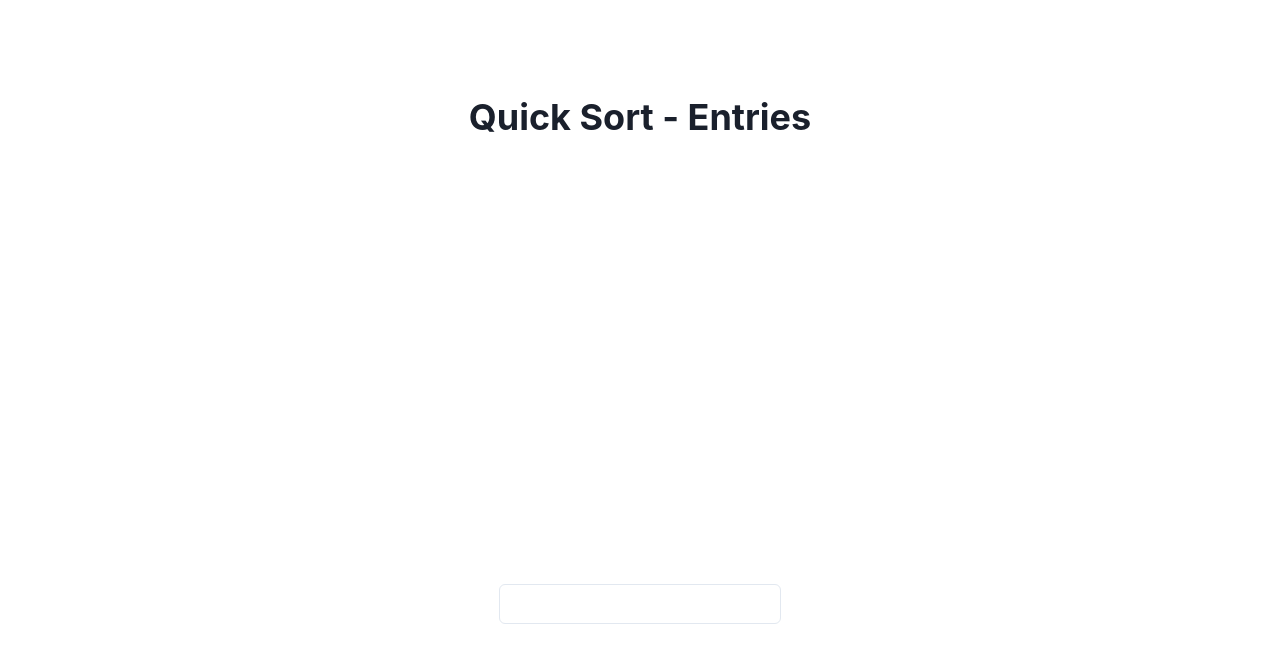
Repository: rohit-jindal18/stock-trailer
Page: /home
The author's editor kept a copy of each file at every save. The page is drawn from the files as they stood at one save, then again after the next save.
The browser window is 1280 px wide. The pictures show the whole page.
The project was rebuilt for these pictures with package versions that can differ from the ones it lists, and the page was loaded fresh each time. The framework's server and built-in components were replaced by stand-ins that run in the browser. Also part of the build but not shown: next.config.js.

Above is the page before, as saved 2023-03-14 14:58:03.

### src/pages/_app.tsx
import '@stock-trailer/styles/globals.css'
import { ChakraProvider } from '@chakra-ui/react'
import type { AppProps } from 'next/app'

export default function App({ Component, pageProps }: AppProps) {
  return (
    <ChakraProvider>
      <Component {...pageProps} />
    </ChakraProvider>
  )
}

### src/pages/home.tsx
import { Box, Heading, Input } from '@chakra-ui/react'
import styles from '@stock-trailer/styles/Home.module.css'
import { IInstrumentInfo } from '@stock-trailer/types'
import { Inter } from 'next/font/google'
import Head from 'next/head'
import { useState } from 'react'

const inter = Inter({ subsets: ['latin'] })

export default function Authorize() {
  const [instruments, setInstruments] = useState<IInstrumentInfo[]>([{
    id: '',
    qty: 0
  }]);
  return (
    <>
      <Head>
        <title>Stock - Trailer</title>
        <meta name="description" content="Generated by create next app" />
        <meta name="viewport" content="width=device-width, initial-scale=1" />
        <link rel="icon" href="/favicon.ico" />
      </Head>
      <main className={styles.main}>
        <div className={styles.description}>
          <Heading>Quick Sort - Entries</Heading>
        </div>
        <Box>
          {
            instruments.map((instrument, index) => {
              return (
                <Box display={'flex'} >
                  <Input value={instrument.id} onChange={(event) => {
                    const newInstruments = [
                      ...instruments
                    ]
                    newInstruments[index].id = event.target.value
                    setInstruments(newInstruments);
                  }} />
                </Box>
              );
            })
          }
        </Box>
      </main>
    </>
  )
}

### src/styles/Home.module.css
.main {
  display: flex;
  flex-direction: column;
  justify-content: space-between;
  align-items: center;
  padding: 6rem;
  min-height: 100vh;
}

.description {
  display: flex;
  justify-content: center;
  align-items: center;
  height: 100%;
  font-size: 0.85rem;
  max-width: var(--max-width);
  width: 100%;
  z-index: 2;
  font-family: var(--font-mono);
}

.description a {
  display: flex;
  justify-content: center;
  align-items: center;
  gap: 0.5rem;
}

.description p {
  position: relative;
  margin: 0;
  padding: 1rem;
  background-color: rgba(var(--callout-rgb), 0.5);
  border: 1px solid rgba(var(--callout-border-rgb), 0.3);
  border-radius: var(--border-radius);
}

.code {
  font-weight: 700;
  font-family: var(--font-mono);
}

.grid {
  display: grid;
  grid-template-columns: repeat(4, minmax(25%, auto));
  width: var(--max-width);
  max-width: 100%;
}

.card {
  padding: 1rem 1.2rem;
  border-radius: var(--border-radius);
  background: rgba(var(--card-rgb), 0);
  border: 1px solid rgba(var(--card-border-rgb), 0);
  transition: background 200ms, border 200ms;
}

.card span {
  display: inline-block;
  transition: transform 200ms;
}

.card h2 {
  font-weight: 600;
  margin-bottom: 0.7rem;
}

.card p {
  margin: 0;
  opacity: 0.6;
  font-size: 0.9rem;
  line-height: 1.5;
  max-width: 30ch;
}

.center {
  display: flex;
  justify-content: center;
  align-items: center;
  position: relative;
  padding: 4rem 0;
}

.center::before {
  background: var(--secondary-glow);
  border-radius: 50%;
  width: 480px;
  height: 360px;
  margin-left: -400px;
}

.center::after {
  background: var(--primary-glow);
  width: 240px;
  height: 180px;
  z-index: -1;
}

.center::before,
.center::after {
  content: '';
  left: 50%;
  position: absolute;
  filter: blur(45px);
  transform: translateZ(0);
}

.logo,
.thirteen {
  position: relative;
}

.thirteen {
  display: flex;
  justify-content: center;
  align-items: center;
  width: 75px;
  height: 75px;
  padding: 25px 10px;
  margin-left: 16px;
  transform: translateZ(0);
  border-radius: var(--border-radius);
  overflow: hidden;
  box-shadow: 0px 2px 8px -1px #0000001a;
}

.thirteen::before,
.thirteen::after {
  content: '';
  position: absolute;
  z-index: -1;
}

/* Conic Gradient Animation */
.thirteen::before {
  animation: 6s rotate linear infinite;
  width: 200%;
  height: 200%;
  background: var(--tile-border);
}

/* Inner Square */
.thirteen::after {
  inset: 0;
  padding: 1px;
  border-radius: var(--border-radius);
  background: linear-gradient(
    to bottom right,
    rgba(var(--tile-start-rgb), 1),
    rgba(var(--tile-end-rgb), 1)
  );
  background-clip: content-box;
}

/* Enable hover only on non-touch devices */
@media (hover: hover) and (pointer: fine) {
  .card:hover {
    background: rgba(var(--card-rgb), 0.1);
    border: 1px solid rgba(var(--card-border-rgb), 0.15);
  }

  .card:hover span {
    transform: translateX(4px);
  }
}

@media (prefers-reduced-motion) {
  .thirteen::before {
    animation: none;
  }

  .card:hover span {
    transform: none;
  }
}

/* Mobile */
@media (max-width: 700px) {
  .content {
    padding: 4rem;
  }

  .grid {
    grid-template-columns: 1fr;
    margin-bottom: 120px;
    max-width: 320px;
    text-align: center;
  }

  .card {
    padding: 1rem 2.5rem;
  }

  .card h2 {
    margin-bottom: 0.5rem;
  }

  .center {
    padding: 8rem 0 6rem;
  }

  .center::before {
    transform: none;
    height: 300px;
  }

  .description {
    font-size: 0.8rem;
  }

  .description a {
    padding: 1rem;
  }

  .description p,
  .description div {
    display: flex;
    justify-content: center;
    position: fixed;
    width: 100%;
  }

  .description p {
    align-items: center;
    inset: 0 0 auto;
    padding: 2rem 1rem 1.4rem;
    border-radius: 0;
    border: none;
    border-bottom: 1px solid rgba(var(--callout-border-rgb), 0.25);
    background: linear-gradient(
      to bottom,
      rgba(var(--background-start-rgb), 1),
      rgba(var(--callout-rgb), 0.5)
    );
    background-clip: padding-box;
    backdrop-filter: blur(24px);
  }

  .description div {
    align-items: flex-end;
    pointer-events: none;
    inset: auto 0 0;
    padding: 2rem;
    height: 200px;
    background: linear-gradient(
      to bottom,
      transparent 0%,
      rgb(var(--background-end-rgb)) 40%
    );
    z-index: 1;
  }
}

/* Tablet and Smaller Desktop */
@media (min-width: 701px) and (max-width: 1120px) {
  .grid {
    grid-template-columns: repeat(2, 50%);
  }
}

@media (prefers-color-scheme: dark) {
  .vercelLogo {
    filter: invert(1);
  }

  .logo,
  .thirteen img {
    filter: invert(1) drop-shadow(0 0 0.3rem #ffffff70);
  }
}

@keyframes rotate {
  from {
    transform: rotate(360deg);
  }
  to {
    transform: rotate(0deg);
  }
}

Loaded but not shown: src/pages/_document.tsx (common file); src/styles/globals.css (common file)

After the next save:
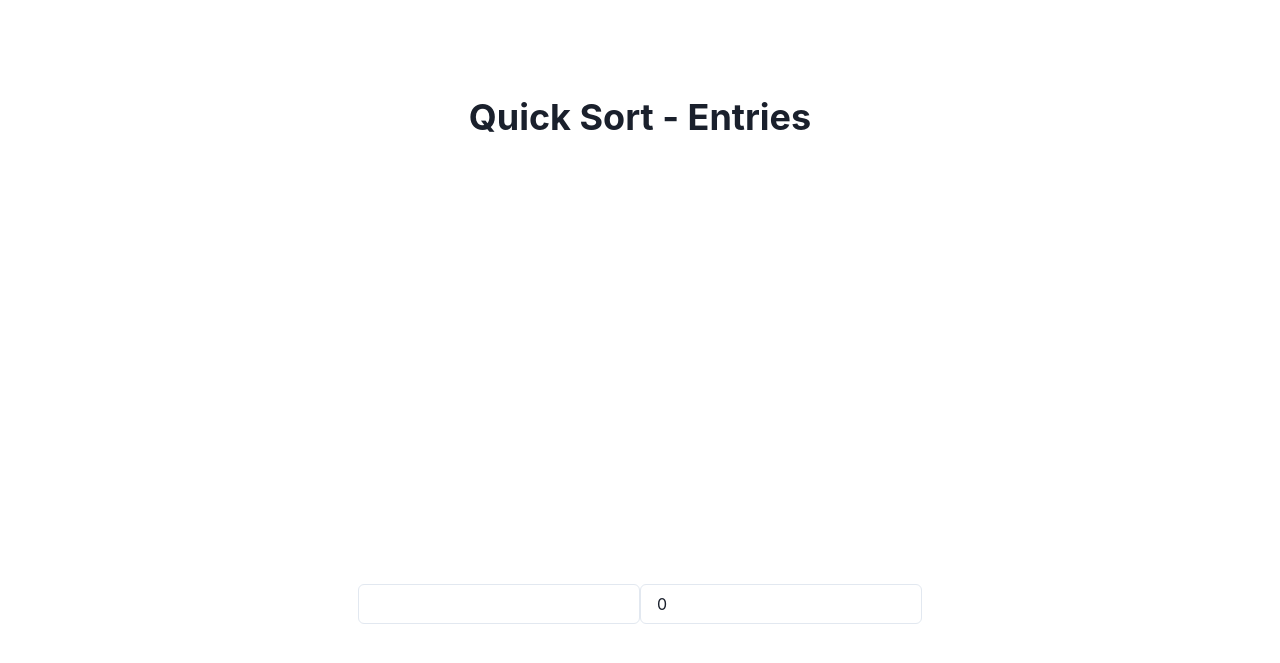
Saved 13 s later.
--- a/src/pages/home.tsx
+++ b/src/pages/home.tsx
@@ -36,6 +36,13 @@ export default function Authorize() {
                     newInstruments[index].id = event.target.value
                     setInstruments(newInstruments);
                   }} />
+                  <Input value={instrument.qty} onChange={(event) => {
+                    const newInstruments = [
+                      ...instruments
+                    ]
+                    newInstruments[index].qty = +event.target.value
+                    setInstruments(newInstruments);
+                  }} />
                 </Box>
               );
             })
